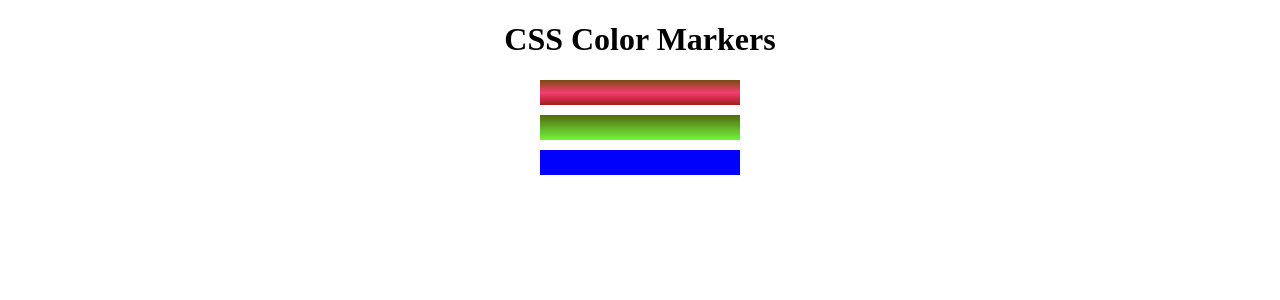
Repository: AimenDje/ColoredMarkers
Page: index.html
An editor plug-in stored every save of this project. The page is shown before and after the next save, followed by the edit.
The browser window is 1280 px wide. The pictures show the whole page.

Above is the page before, as saved 2025-05-09 01:45:10.

### index.html
<!DOCTYPE html>
<html lang="en">
    <head>
        <meta charset="utf-8">
        <meta name="viewport" content="width=device-width, initial-scale=1.0">
        <link rel="stylesheet" href="styles.css">
        <title>Colored Markers</title>
    </head>
    <body>
        <h1>CSS Color Markers</h1>
        <div class="container">
            <div class="marker red">
            </div>
            <div class="marker green">
            </div>
            <div class="marker blue">
            </div>
        </div>
      </body>
</html>

### styles.css
h1 {
    text-align:center;
}

.marker {
    width: 200px;
    height: 25px;
    margin: 10px auto;
  }

.red {
  background: linear-gradient(180deg, rgb(122, 74, 14) 0%, rgb(245, 62, 113) 50%, rgb(162, 27, 27) 100%);
}

.green {
  background: linear-gradient(180deg, #55680D, #71F53E);
}

.blue {
    background-color: hsl(240, 100%, 50%);
}

After the next save:
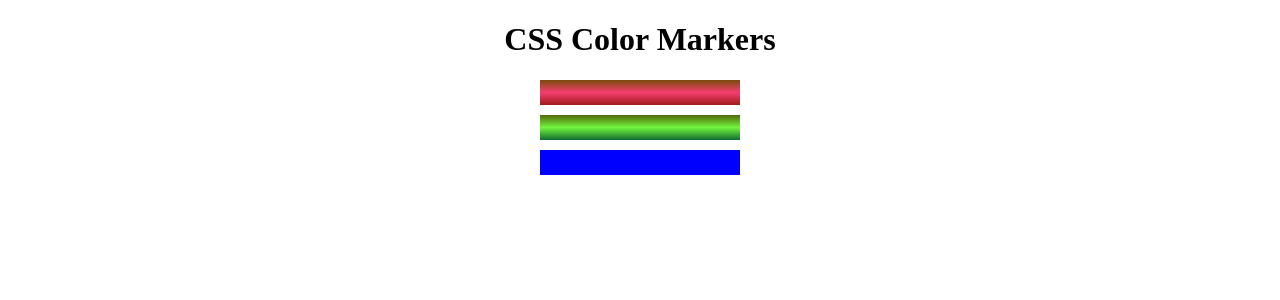
Saved 31 s later.
--- a/styles.css
+++ b/styles.css
@@ -13,7 +13,7 @@
 }
 
 .green {
-  background: linear-gradient(180deg, #55680D, #71F53E);
+  background: linear-gradient(180deg, #55680D, #71F53E, #116C31);
 }
 
 .blue {
